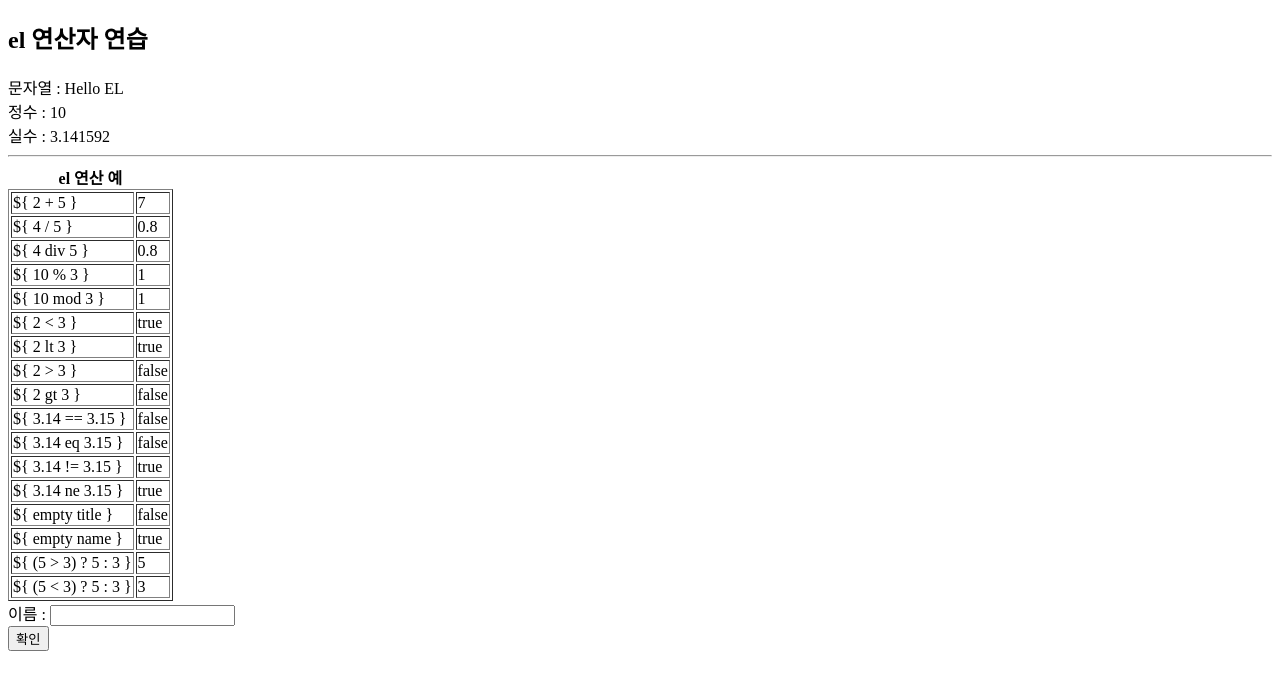
Repository: pq01pq/Education-IT_BANK
Page: http://localhost/0127/elOperatorEx.jsp
The author's editor kept a copy of each file at every save. The page is drawn from the files as they stood at one save, then again after the next save.
The browser window is 1280 px wide. The pictures show the whole page.
The page is served by Tomcat 9.

Above is the page before, as saved 2021-02-07 05:45:39.

After the next save:
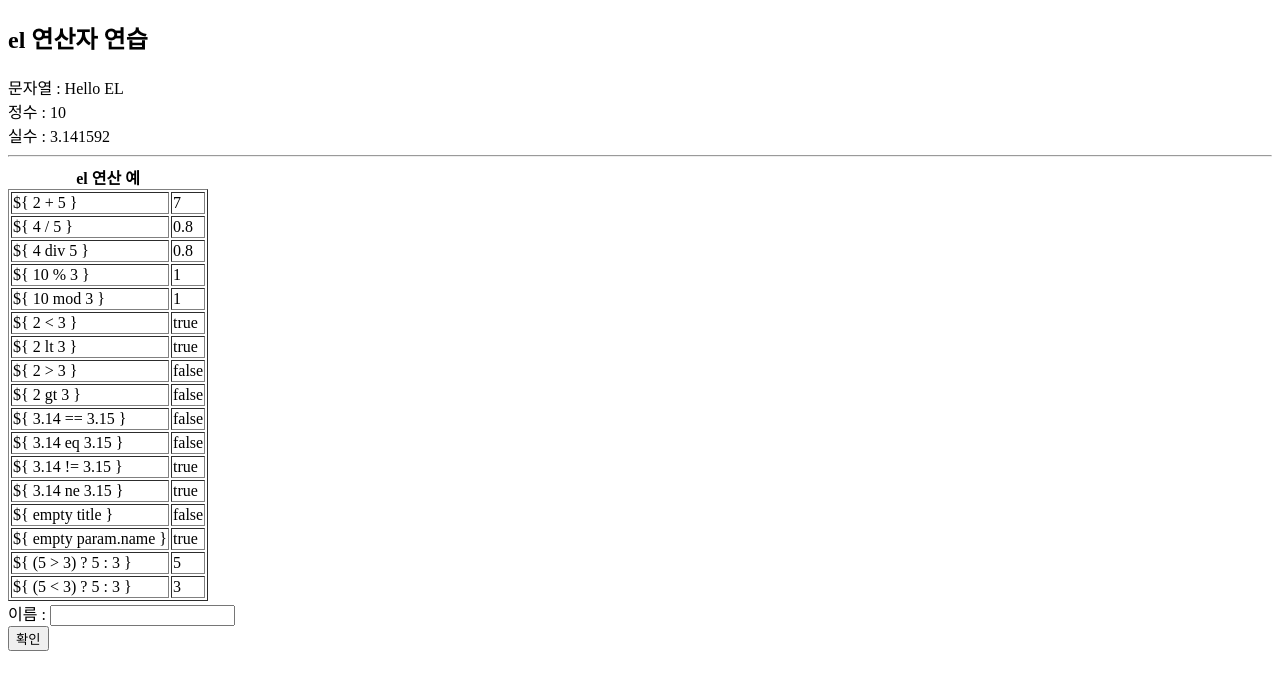
Saved 17 s later.
--- a/JSP/ProjectServlet/0127/WebContent/elOperatorEx.jsp
+++ b/JSP/ProjectServlet/0127/WebContent/elOperatorEx.jsp
@@ -36,7 +36,7 @@
 		<tr> <td>\${ 3.14 != 3.15 }</td> <td>${ 3.14 != 3.15 }</td> </tr>
 		<tr> <td>\${ 3.14 ne 3.15 }</td> <td>${ 3.14 ne 3.15 }</td> </tr>
 		<tr> <td>\${ empty title }</td> <td>${ empty title }</td> </tr>
-		<tr> <td>\${ empty name }</td> <td>${ empty name }</td> </tr>
+		<tr> <td>\${ empty param.name }</td> <td>${ empty param.name }</td> </tr>
 
 		<tr> <td>\${ (5 > 3) ? 5 : 3 }</td> <td>${ (5 > 3) ? 5 : 3 }</td> </tr>
 		<tr> <td>\${ (5 < 3) ? 5 : 3 }</td> <td>${ (5 < 3) ? 5 : 3 }</td> </tr>
